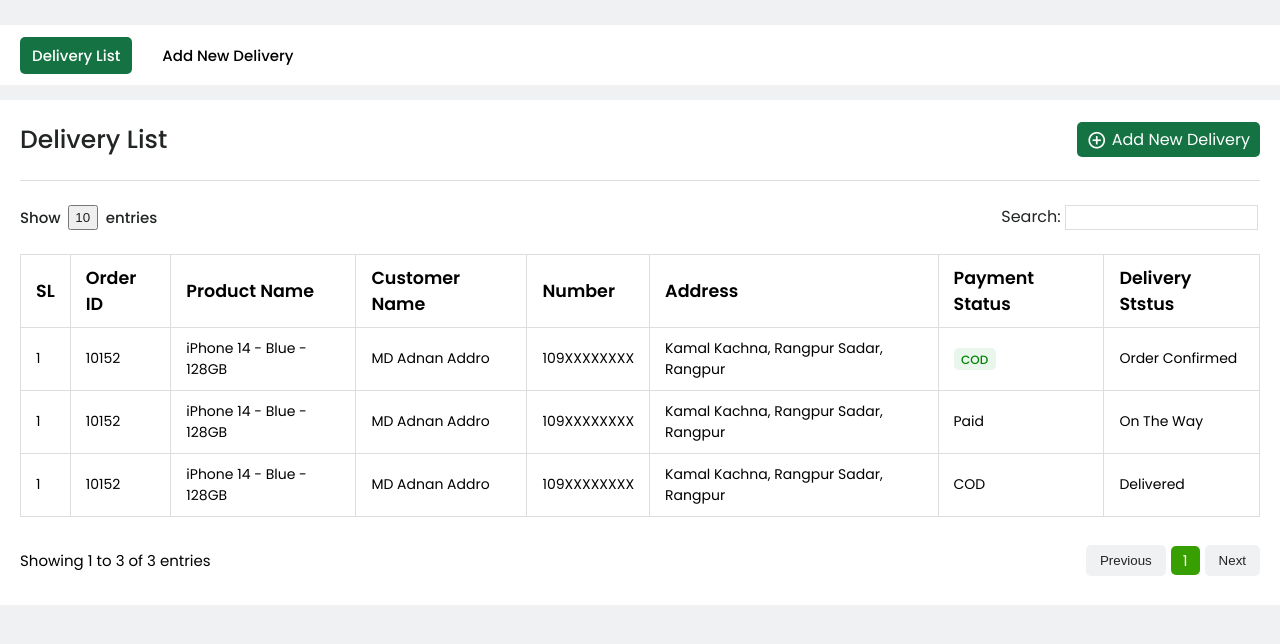
Repository: codebyaddro/delivery-page
Page: delivery.html
An editor plug-in stored every save of this project. The page is shown before and after a run of saves, followed by the edit.
The browser window is 1280 px wide. The pictures show the whole page.

Above is the page before, as saved 2025-02-27 14:00:55.

After the next 5 saves:
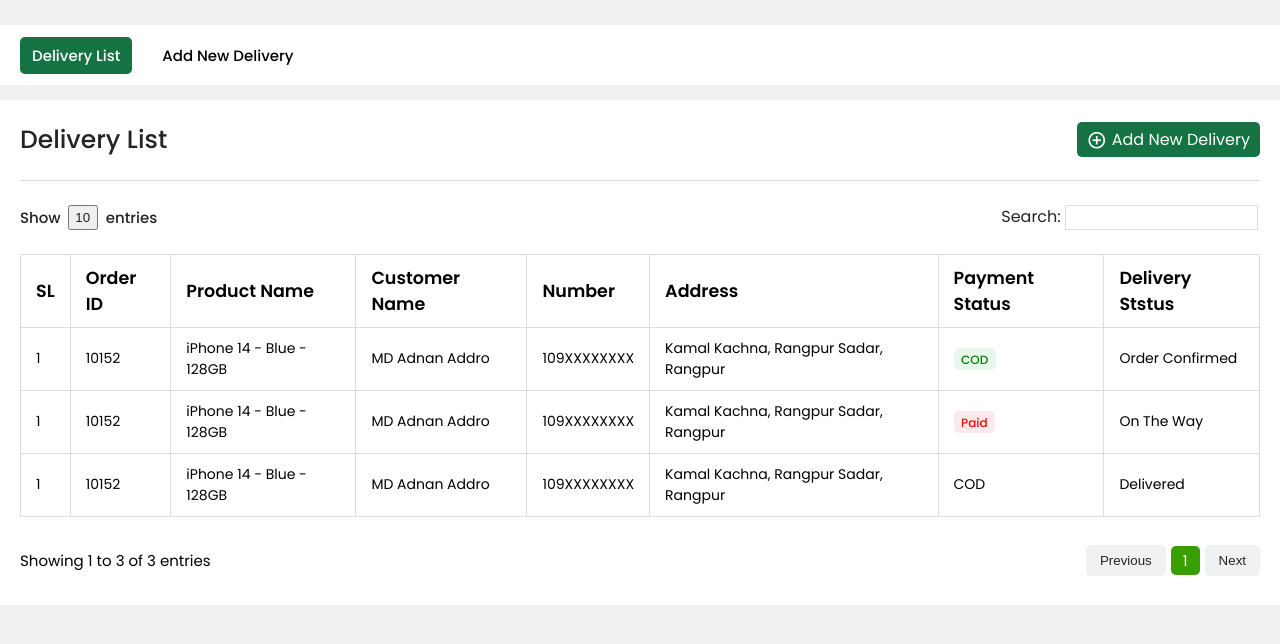
The 5 saves are shown as one change because they came seconds apart.
The last was saved 11 s later.
--- a/delivery.css
+++ b/delivery.css
@@ -227,7 +227,7 @@ tbody tr:hover {
     border-radius: 5px;
 }
 
-.inactive {
+.ps-paid {
     color: var(--red);
     background-color: var(--light-red);
     font-size: 12px;
